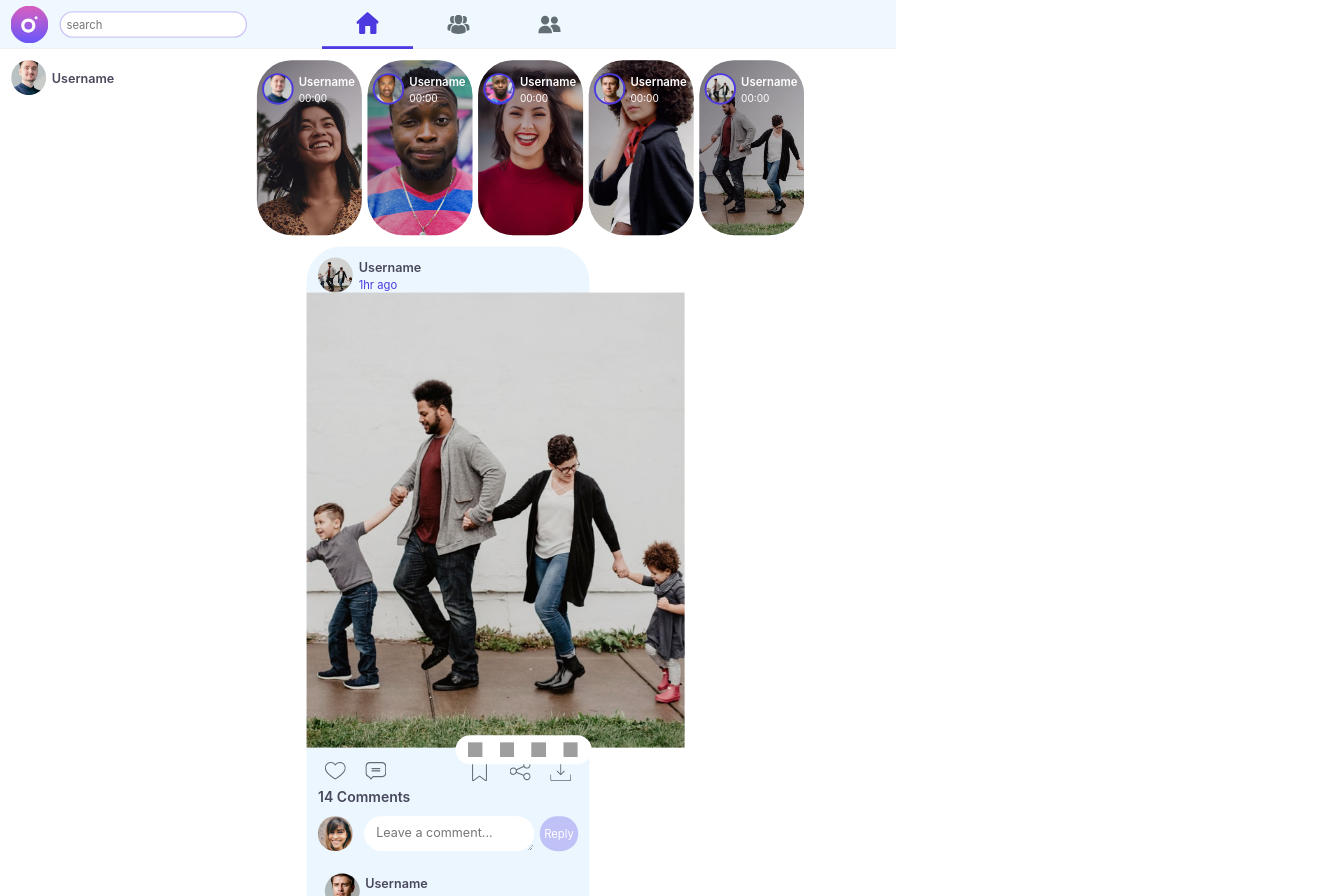
Repository: Flovet-stack/memic
Page: home.html
An editor plug-in stored every save of this project. The page is shown before and after the next save, followed by the edit.
The browser window is 1280 px wide. The page is 1912 px wide, then 1280 px, so the pictures cover 1912 px, including what lies to the right of the window. The pictures show the part of the page from y = 0 to 1280 px (the page is 4078 px tall before and 2488 px after), at 70% of full size.
Pictures or frames that could not be fetched are drawn as grey boxes. Some web fonts or font styles are not loaded; a fallback is used.

Above is the page before, as saved 2020-10-17 19:29:08.
Console error: TypeError: Cannot read properties of undefined (reading 'fn')

After the next save:
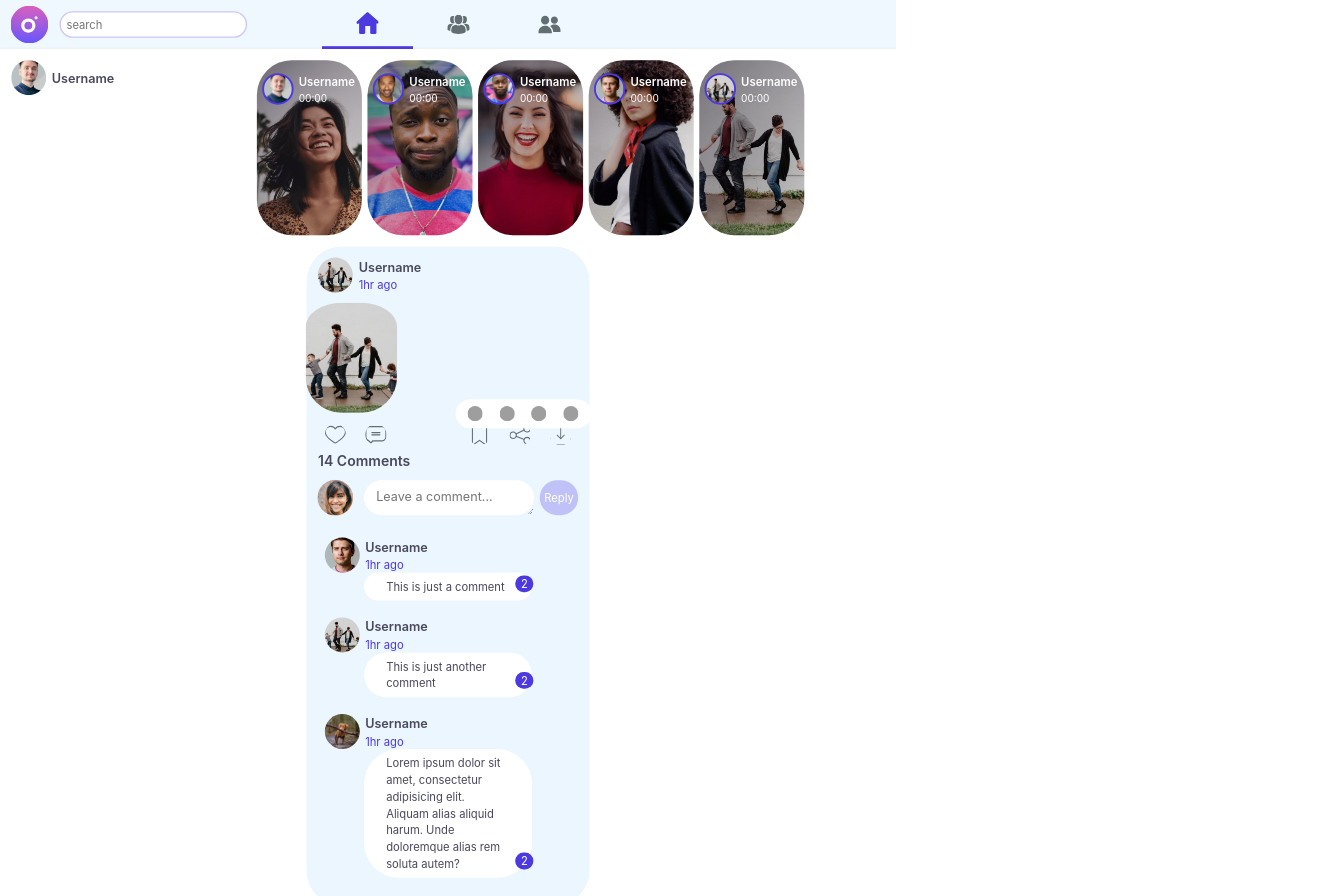
Saved 8 s later.
--- a/css/post-card.css
+++ b/css/post-card.css
@@ -12,7 +12,7 @@
 /* .post-card .user-card:hover {
     background-color: var(--secondary-overlay);
 } */
-.post-card img.post-img {
+.post-card img {
     width: 10vw;
     /* background-color: var(--transparent-overlay); */
     transform: scale(1.02);
